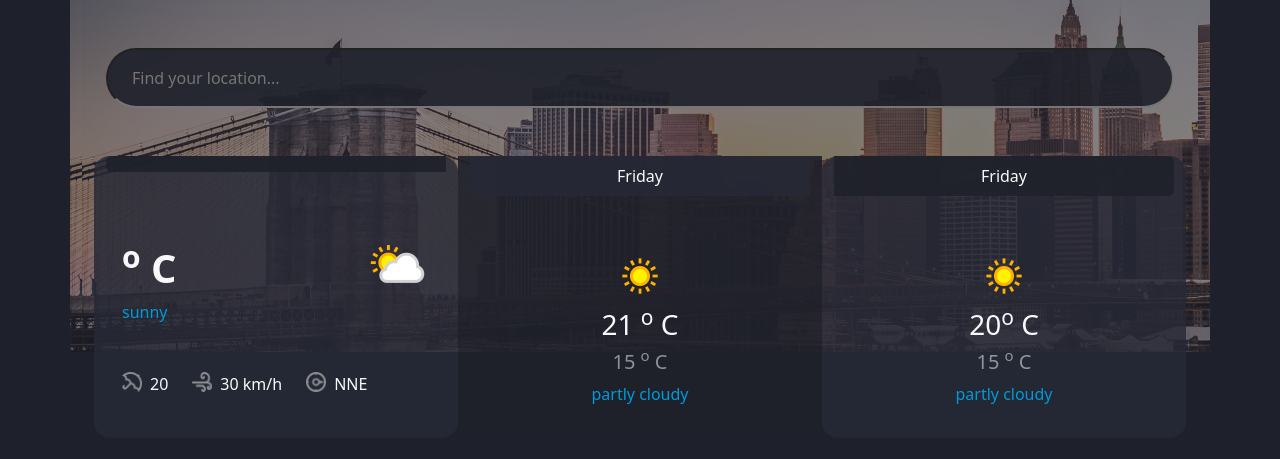
Repository: AmiraNabil97/WeatherApp
Page: index.html
The author's editor kept a copy of each file at every save. The page is drawn from the files as they stood at one save, then again after the next save.
The browser window is 1280 px wide. The pictures show the whole page.
The page's requests for data from a server got no answer.

Above is the page before, as saved 2023-08-28 22:23:14.

### index.html
<!DOCTYPE html>
<html lang="en">
<head>
    <meta charset="UTF-8">
    <meta name="viewport" content="width=device-width, initial-scale=1.0">
    <title>Document</title>
    <link rel="stylesheet" href="css/bootstrap.min.css">
    <link rel="stylesheet" href="css/all.min.css">
    <link rel="stylesheet" href="css/style.css">
</head>
<body>

        <div class="container">
            <div class="container text-center weatherApp px-4 py-5 ">

                <input type="text" class="w-100 mx-auto rounded-5 py-3 px-4 bg-main-color mb-5 text-white"
                    placeholder="Find your location..."
                     id="search" />
                <div class="row ">

                    <div class="item col-md-4 bg-sec-color m-0 rounded-4 ">
                        <div class="d-flex justify-content-between py-2 px-3 bg-main-color text-light rounded-start"id="today-date">
                            <p id="today_date_day_name" class="my-auto"></p>
                            <span>
                                <span id="today_date_day_number" class="my-auto"></span>
                                <span id="today_date_month" class="my-auto"></span>
                            </span>
                        </div>
                        <div class="item-content text-start px-3 py-3 pt-5 text-light" id="today">
                            <p id="today_location" class="fs-4"></p>
                            <div class="d-flex justify-content-between align-items-center">
                                <span class="fs-1 fw-bolder">
                                    <span id="today_temp"></span>
                                    <span><sup>o</sup> C</span>
                                </span>
                                <img id="today_condition_img" src="images/116.png" alt="" />
                            </div>
                            <p id="today_condition_text" class="fs-6 text-light-blue">sunny</p>
                        </div>
                        <div class="item-footer d-flex text-light p-3">
                            <div class="d-flex me-3">
                                <img src="images/icon-umberella.png" class="footer-icons me-2" alt="" />
                                <p id="humidity">20</p>
                            </div>
                            <div class="d-flex me-3">
                                <img src="images/icon-wind.png" class="footer-icons mx-2" alt="" />
                                <p id="wind">30 km/h</p>
                            </div>
                            <div class="d-flex">
                                <img src="images/icon-compass.png" class="footer-icons mx-2" alt="" />
                                <p id="wind_direction">NNE</p>
                            </div>
                        </div>
                    </div>
                    <div class="item col-md-4 m-0 bg-main-color">
                        <div class="py-2 text-center bg-sec-color text-light" >
                            <p class="next_day_name my-auto">Friday</p>
                        </div>
                        <div class="item-content text-start text-light p-3 text-center pt-5">
                            <img class="next_condition_img" src="images/113.png" alt="">
                            <h3>
                                <span class="next_max_temp"></span>
                                <span> 21 <sup>o</sup> C</span>
                            </h3>
                            <h5 class="text-white opacity-50">
                                <span class="next_min_temp">15</span>
                                <span> <sup>o</sup> C</span>
                            </h5>
                            <p class="next_condition_text fs-6 text-light-blue">partly cloudy</p>
                        </div>
                    </div>
                    <div class="item col-md-4 m-0 bg-sec-color rounded-4">
                        <div class="py-2 text-center px-3 bg-main-color text-light rounded-end">
                            <p class="next_day_name my-auto">Friday</p>
                        </div>
                        <div class="item-content text-start text-light p-3 text-center pt-5">
                            <img class="next_condition_img" src="images/113.png" alt="">
                            <h3>
                                <span class="next_max_temp"></span>
                                <span> 20<sup>o</sup> C</span>
                            </h3>
                            <h5 class="text-white opacity-50">
                                <span class="next_min_temp">15</span>
                                <span><sup>o</sup> C</span>
                            </h5>
                            <p class="next_condition_text fs-6 text-light-blue">partly cloudy</p>
                        </div>
                    </div>
                </div>
            </div>
        </div>








    <script src="js/jquery-3.7.0.min.js"></script>
    <script src="js/bootstrap.bundle.js"></script>
    <script src="js/main.js"></script>
</body>
</html>

### css/style.css
body
{
    background-color: rgb(30, 32, 43);
}

.logo-img
{
    width: 80px;
    height: 40px;
}

.small-fs
{
    font-size: 10px;
}

.fs-6
{
    font-size: 12px;
}

.container
{
    background-image: url(../images/banner.png);
    background-repeat: no-repeat;
}

.bg-main-color
{
    background-color: rgba(30, 32, 43, 0.905);
}

.bg-sec-color
{
    background-color:#262936d1;
}

.fs-big
{
    font-size: 84px;
    font-weight: bolder;
}

.footer-icons
{
    width: 20px;
    height: 20px;
}

.text-light-blue
{
    color:#009ad8;
}

### js/main.js
/* <Today> */
let humidity = document.getElementById("humidity")
let wind = document.getElementById("wind")
let windDirection = document.getElementById("wind_direction")
let todayLocation = document.getElementById("today_location")
let todayName = document.getElementById("today_date_day_name")
let todayNumber = document.getElementById("today_date_day_number")
let todayMonth = document.getElementById("today_date_month")

let todayConditionText = document.getElementById("today_condition_text")

let todayTemp = document.getElementById("today_temp")
let todayConditionImg = document.getElementById("today_condition_img")


//< next day>
let nextConditionImg = document.getElementsByClassName("next_condition_img")
let nextConditionText = document.getElementsByClassName("next_condition_text")

let nextMaxTemp = document.getElementsByClassName("next_max_temp")
let nextMinTemp = document.getElementsByClassName("next_min_temp")
let nextDay = document.getElementsByClassName("next_day_name")

//< search>
let searchInput = document.getElementById("search")

// < API >
async function getWeatherData(cityName)
{
    let weatherResponse = await fetch(`https://api.weatherapi.com/v1/forecast.json?key=71dbd040c45b418aa92175158231802&q=${cityName}&days=3`)
    let weatherData = await weatherResponse.json()
    return weatherData
}
//  data of today
function displayTodayData(data)
{
    let todayDate = new Date()
    todayConditionText.innerHTML = data.current.condition.text
    humidity.innerHTML = data.current.humidity+"%"
    wind.innerHTML = data.current.wind_kph+"km/h"
    windDirection.innerHTML = data.current.wind_dir
    todayLocation.innerHTML = data.location.name

    todayTemp.innerHTML = data.current.temp_c
    todayConditionImg.setAttribute("src",data.current.condition.icon)
    todayName.innerHTML = todayDate.toLocaleDateString("en-US",{weekday:"long"})
    todayNumber.innerHTML = todayDate.getDate()
    todayMonth.innerHTML = todayDate.toLocaleDateString("en-US",{month:"long"})

}
//  next day data
function displayNextData(data)
{
    let forecastData = data.forecast.forecastday
    for(let i = 0 ; i < 2 ; i++)
    {
        let nextDate = new Date(forecastData[i+1].date)
        nextMinTemp[i].innerHTML = forecastData[i+1].day.mintemp_c
        nextConditionImg[i].setAttribute("src",forecastData[i+1].day.condition.icon)
        nextConditionText[i].innerHTML = forecastData[i+1].day.condition.text
    }
        nextDay[i].innerHTML = nextDate.toLocaleDateString("en-US",{weekday:"long"})
        nextMaxTemp[i].innerHTML = forecastData[i+1].day.maxtemp_c

}

async function startApp(city="london")
{
    let weatherData = await getWeatherData(city)
    if(!weatherData.error)
    {
        displayTodayData(weatherData)
        displayNextData(weatherData)
    }
}

startApp()
searchInput.addEventListener("input",function(){
    startApp(searchInput.value)
})

Loaded but not shown: css/bootstrap.min.css (library); css/all.min.css (library); js/jquery-3.7.0.min.js (library); js/bootstrap.bundle.js (library)

After the next save:
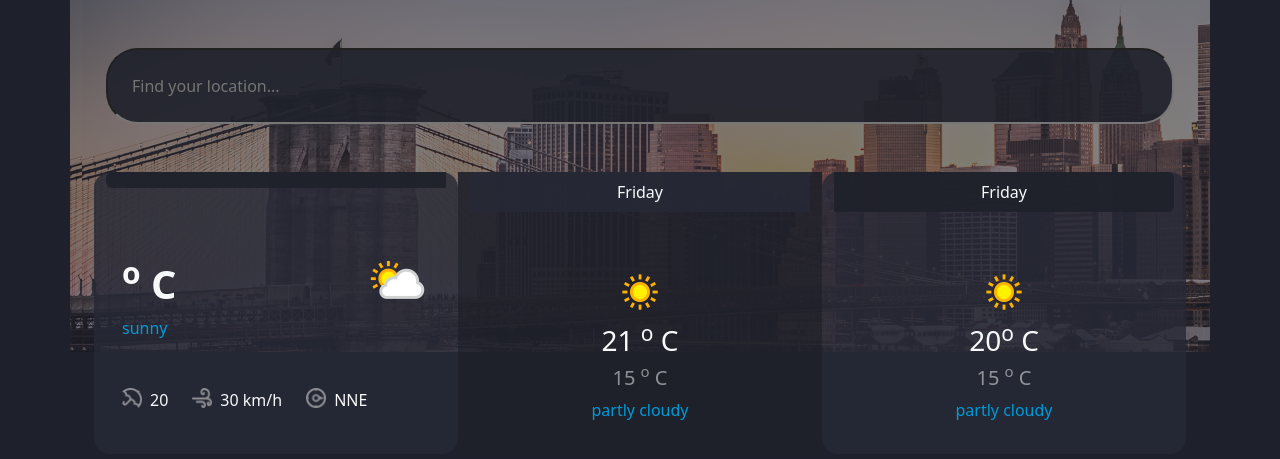
Saved 10 s later.
--- a/index.html
+++ b/index.html
@@ -13,7 +13,7 @@
         <div class="container">
             <div class="container text-center weatherApp px-4 py-5 ">
 
-                <input type="text" class="w-100 mx-auto rounded-5 py-3 px-4 bg-main-color mb-5 text-white"
+                <input type="text" class="w-100 mx-auto rounded-5 py-4 px-4 bg-main-color mb-5 text-white"
                     placeholder="Find your location..."
                      id="search" />
                 <div class="row ">
